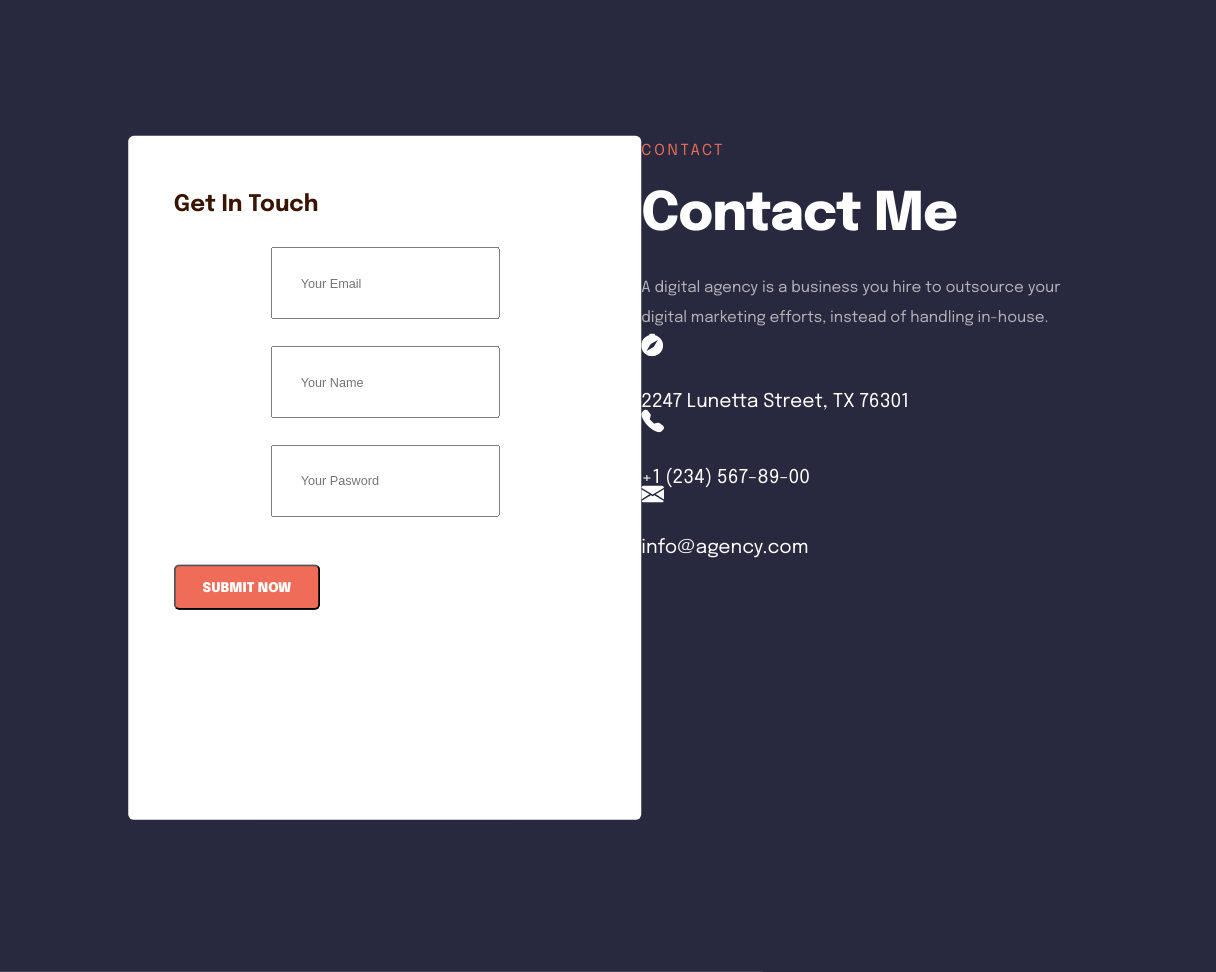
Repository: MehdiKerimov/Figma-Task-14
Page: index.html
These files come from the project's save history. The page is drawn as it stood at one moment and after the next save; the edit follows.
The browser window is 1280 px wide. The pictures show the whole page, at 95% of full size.

Above is the page before, as saved 2023-10-07 15:25:16.

After the next save:
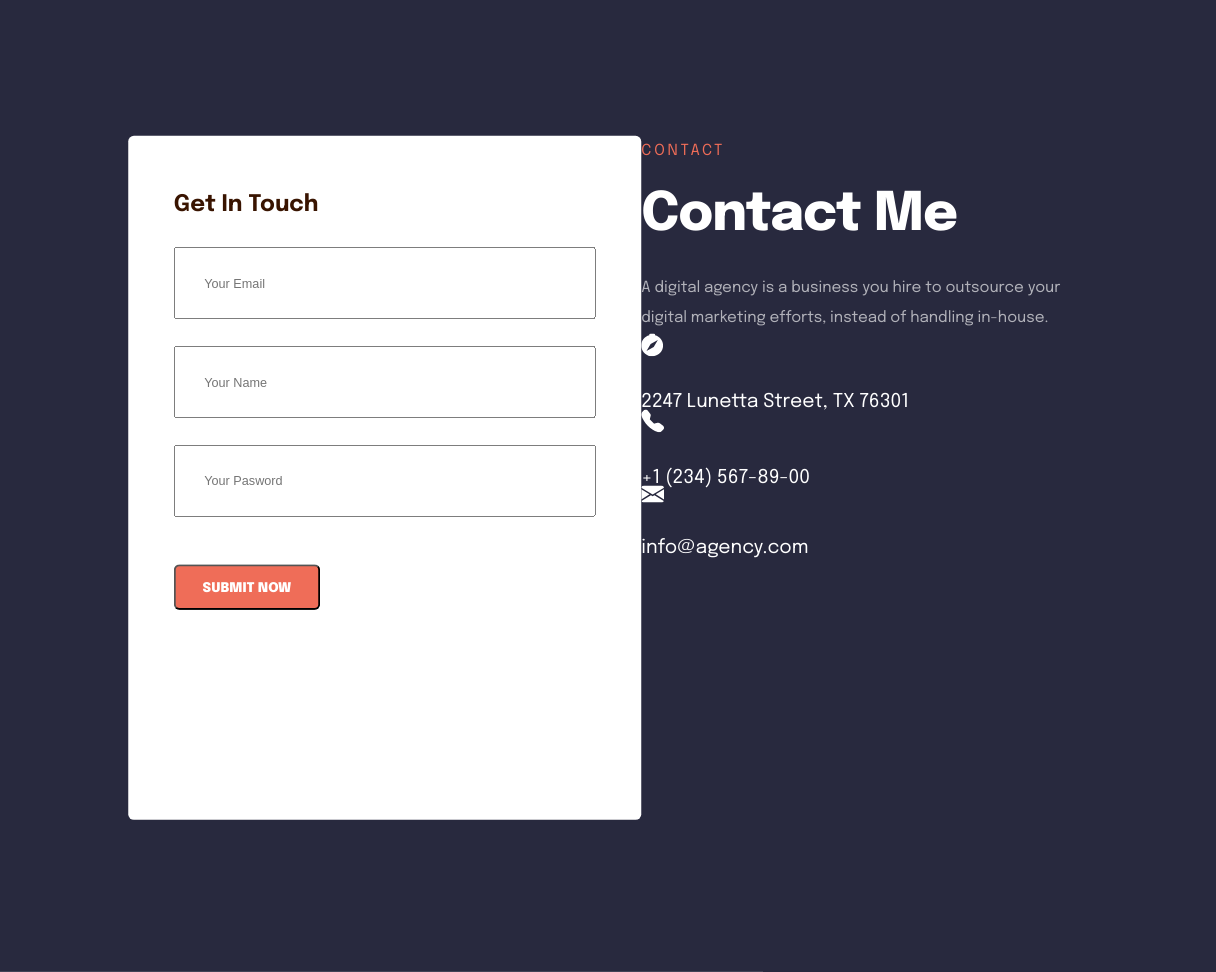
Saved 11 s later.
--- a/index.css
+++ b/index.css
@@ -30,6 +30,9 @@ form {
   display: flex;
   flex-direction: column;
   align-items: center;
+}
+label{
+  width: 100%;
 }
 input {
   padding-left: 30px;
